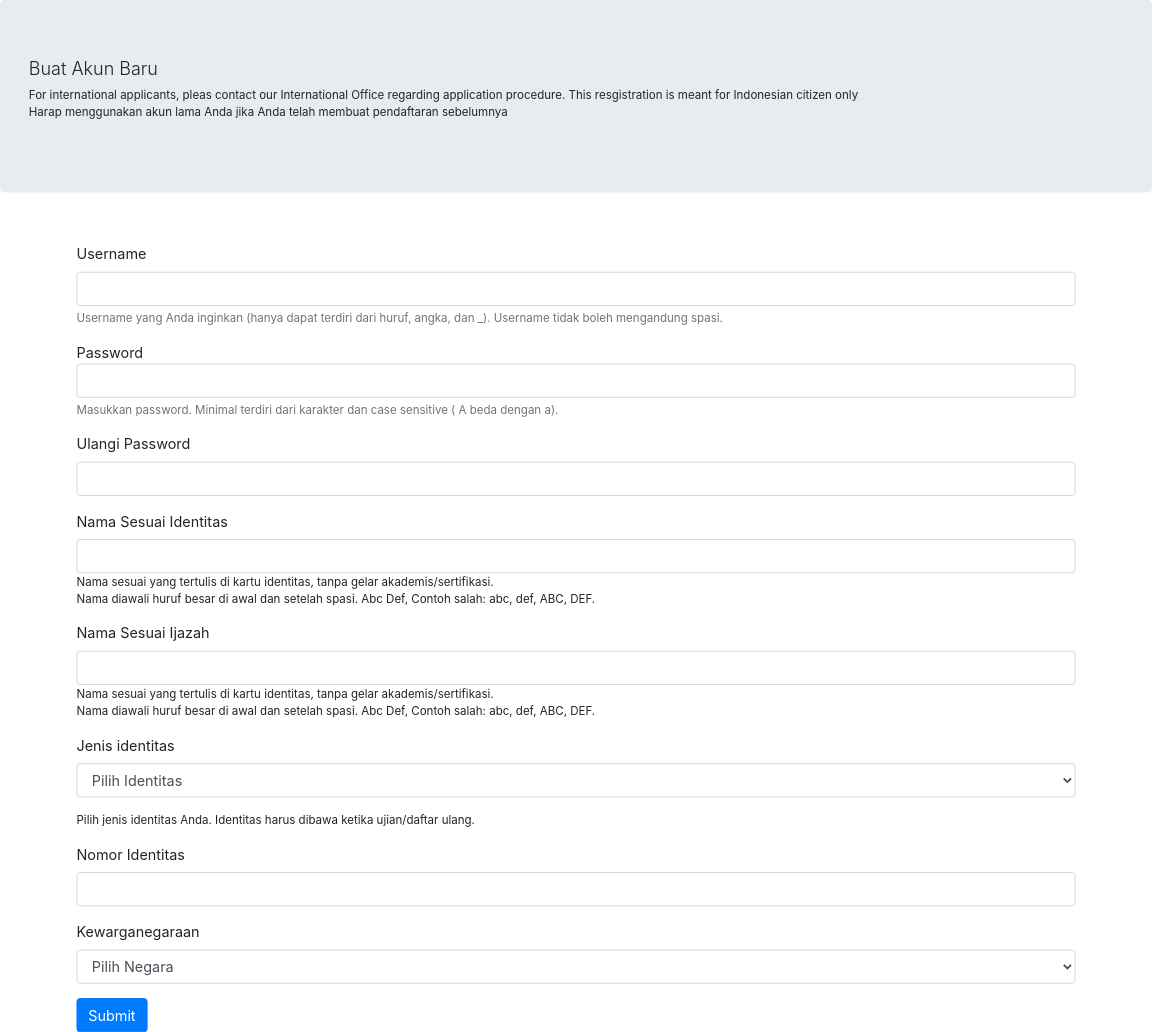
Repository: Irantsitumorang/projectRepo1
Page: BelajarJS/LatihanHTML/WebContent/regist.html
These files come from the project's save history. The page is drawn as it stood at one moment and after the next save; the edit follows.
The browser window is 1280 px wide. The pictures show the whole page, at 90% of full size.

Above is the page before, as saved 2021-06-25 06:58:03.

### BelajarJS/LatihanHTML/WebContent/regist.html
<!DOCTYPE html>
<html lang="en">

<head>

    <title> Validasi </title>
    <link rel="stylesheet" href="https://stackpath.bootstrapcdn.com/bootstrap/4.4.1/css/bootstrap.min.css" integrity="sha384-Vkoo8x4CGsO3+Hhxv8T/Q5PaXtkKtu6ug5TOeNV6gBiFeWPGFN9MuhOf23Q9Ifjh" crossorigin="anonymous">

</head>

<body>

    <div class="jumbotron">
        <h1 class="lead"> Buat Akun Baru </h1>
        <p class="small"> For international applicants, pleas contact our International Office regarding application procedure. This resgistration is meant for Indonesian citizen only <br> Harap menggunakan akun lama Anda jika Anda telah membuat pendaftaran sebelumnya
        </p>
    </div>
    <br>


    <div class="container">
        <form>

            <div class="form-group">
                <label for="exampleInputEmail1"> Username </label>
                <input type="text" class="form-control" id="username" aria-describedby="emailHelp">
                <small class="form-text text-muted"> Username
                        yang Anda inginkan (hanya dapat terdiri dari huruf,
                        angka, dan _). Username tidak boleh mengandung spasi.
                    </small>
            </div>

            <div class="form-group">
                <label"> Password </label>
                <input type="password" class="form-control" >
                <small class="form-text text-muted" id="password"> Masukkan
                        password. Minimal terdiri dari karakter dan case
                        sensitive ( A beda dengan a). </small>
            </div>

            <div class="form-group">
                <label> Ulangi Password </label>
                <input type="email" class="form-control" id="ulangi" >
            </div>

            <div class="form-group">
                <label> Nama Sesuai Identitas </label>
                <input type="email" class="form-control" id="identitas" >
                <p class="small"> Nama sesuai yang tertulis di kartu identitas, tanpa gelar akademis/sertifikasi. <br> Nama diawali huruf besar di awal dan setelah spasi. Abc Def, Contoh salah: abc, def, ABC, DEF. </p>
            </div>

            <div class="form-group">
                <label> Nama Sesuai Ijazah </label>
                <input type="text" class="form-control" id="ijazah" >
                <p class="small"> Nama sesuai yang tertulis di kartu identitas, tanpa gelar akademis/sertifikasi. <br> Nama diawali huruf besar di awal dan setelah spasi. Abc Def, Contoh salah: abc, def, ABC, DEF. </p>
            </div>

            <div class="row">
                <div class="col-md-12">
                    <div class="form-group" id="ji">
                        <label> Jenis identitas </label>
                        <Select class="form-control">
                                <option> Pilih Identitas </option>
                                <option> KTP </option>
                                <option> SIM </option>
                                <option> Passpord </option>
                                <option> Lainnya </option>
                            </select>
                    </div>
                    <p class="small"> Pilih jenis identitas Anda. Identitas harus dibawa ketika ujian/daftar ulang. </p>
                </div>
            </div>

            <div class="form-group">
                <label> Nomor Identitas </label>
                <input type="email" class="form-control" id="noidentitas" >
            </div>

            <div class="row">
                <div class="col-md-12">
                    <div class="form-group" id="negara">
                        <label> Kewarganegaraan </label>
                        <Select class="form-control">
                                <option> Pilih Negara </option>
                                <option> Republik Indonesia </option>
                                <option> Wakanda </option>
                                <option> Wkwk Land </option>
                                <option> Lainnya </option>
                            </select>
                    </div>
                </div>
            </div>

            <button type="submit" class="btn btn-primary">Submit</button> <br/>
        </form>

    </div>

</body>

<script type="text/javascript">
    // elemen input
    var Username = document.getElementById("Username");
    var Password = document.getElementById("Password");
    var usia = document.getElementById("usia");
    var gelar = document.getElementById("gelar");

    // red text
    var vNama = document.getElementById("vNama");
    var vAlamat = document.getElementById("vAlamat");
    var vUsia = document.getElementById("vUsia");
    var vGelar = document.getElementById("vGelar");

    // condition
    function validasi() {
        if (nama.value == "") {
            vNama.style.display = "block";
        } else {
            vNama.style.display = "none";
        }

        if (alamat.value == "") {
            vAlamat.style.display = "block";
        } else {
            vAlamat.style.display = "none";
        }

        if (usia.value == "") {
            vUsia.style.display = "block";
        } else {
            vUsia.style.display = "none";
        }

        if (gelar.value == "") {
            vGelar.style.display = "block";
        } else {
            vGelar.style.display = "none";
        }
    }
</script>

</html>

After the next save:
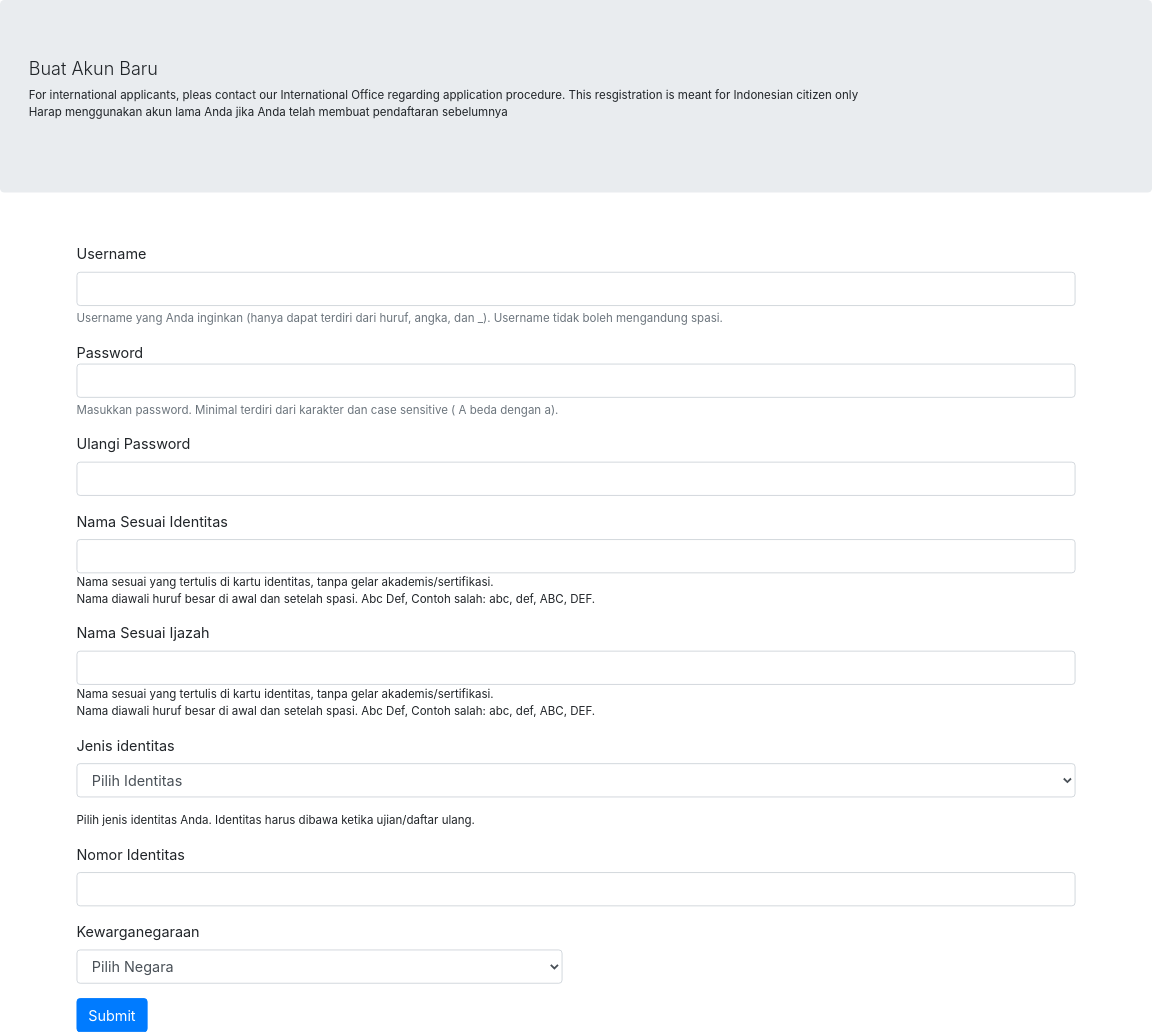
Saved 48 s later.
--- a/BelajarJS/LatihanHTML/WebContent/regist.html
+++ b/BelajarJS/LatihanHTML/WebContent/regist.html
@@ -77,7 +77,7 @@
             </div>
 
             <div class="row">
-                <div class="col-md-12">
+                <div class="col-md-6">
                     <div class="form-group" id="negara">
                         <label> Kewarganegaraan </label>
                         <Select class="form-control">
